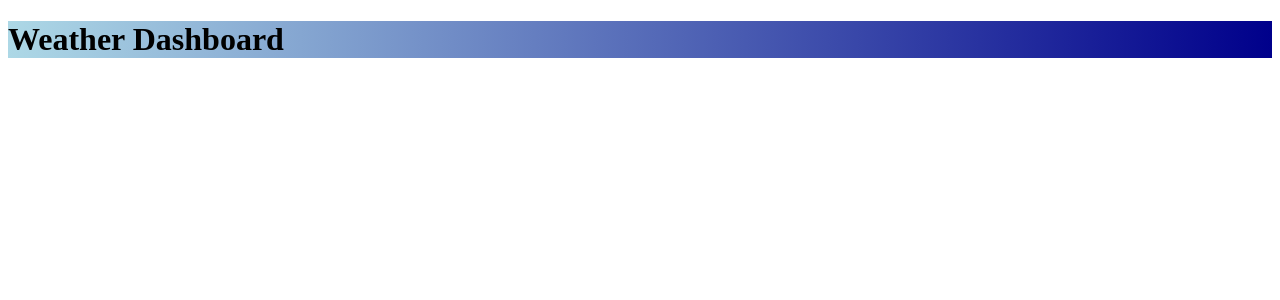
Repository: brenhamp/weather-dashboard
Page: index.html
These files come from the project's save history. The page is drawn as it stood at one moment and after the next save; the edit follows.
The browser window is 1280 px wide. The pictures show the whole page.

Above is the page before, as saved 2021-12-09 18:42:55.

### index.html
<!DOCTYPE html>
<html lang="en">
<head>
    <meta charset="UTF-8">
    <meta http-equiv="X-UA-Compatible" content="IE=edge">
    <meta name="viewport" content="width=device-width, initial-scale=1.0">
    <link rel="stylesheet" href="./assets/css/style.css">
    <link rel="stylesheet" href="https://fonts.googleapis.com/css?family=IBM+Plex+Sans:400,400i,700&display=swap">
    <title>Weather Dashboard</title>
</head>
<body class="flex-column min-100-vh">
    <header class="hero">
        <h1 class="app-title"><i class="fab fa-github"></i> Weather Dashboard</h1>
    </header>


</body>
</html>

### assets/css/style.css
.hero {
    background-image: linear-gradient(to right, lightblue, darkblue);
}

After the next save:
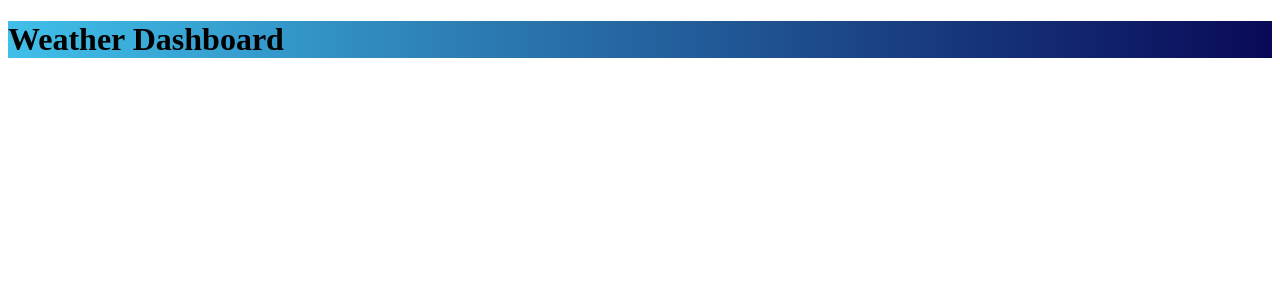
Saved 51 s later.
--- a/assets/css/style.css
+++ b/assets/css/style.css
@@ -1,3 +1,3 @@
 .hero {
-    background-image: linear-gradient(to right, lightblue, darkblue);
+    background-image: linear-gradient(to right, rgb(64, 191, 233), rgb(9, 9, 87));
 }
